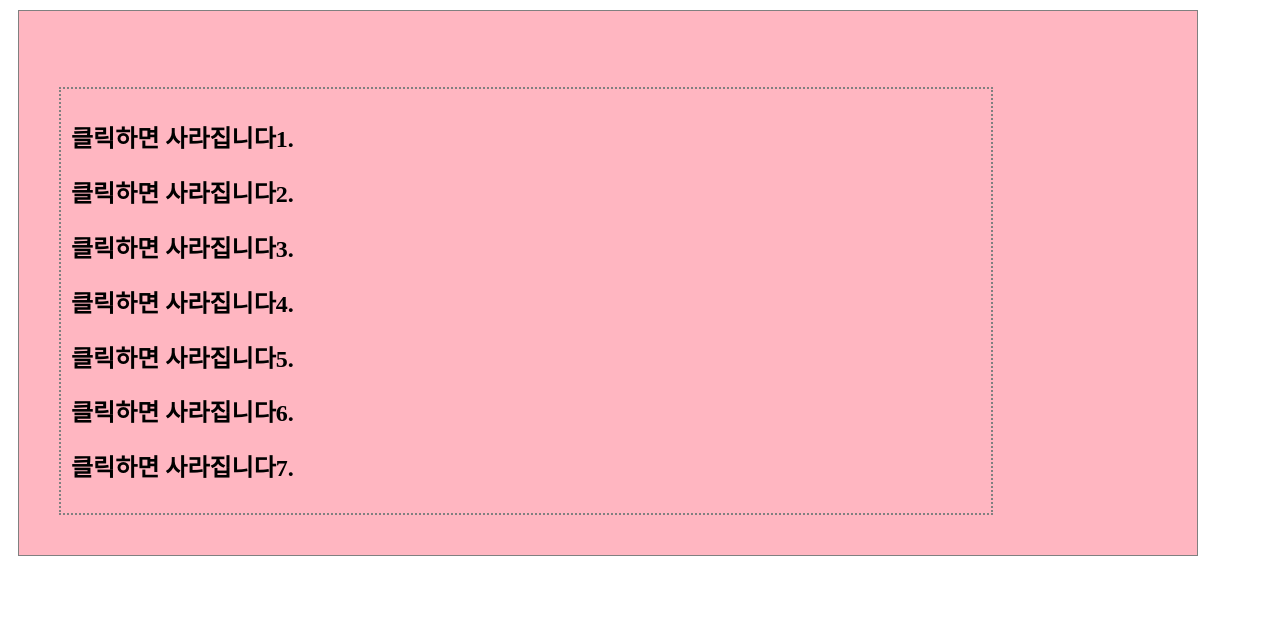
Repository: jeje0130/html
Page: jqpro/WebContent/0122/클릭하이드.html
These files come from the project's save history. The page is drawn as it stood at one moment and after the next save; the edit follows.
The browser window is 1280 px wide. The pictures show the whole page.

Above is the page before, as saved 2021-01-22 00:34:43.

### jqpro/WebContent/0122/클릭하이드.html
<!DOCTYPE html>
<html>
<head>
<meta charset="UTF-8">
<title>Insert title here</title>
<link rel = "stylesheet" href = "../css/public.css">
<script src="../js/jquery-3.5.1.min.js"></script>
<script>
	//준비되면
	$(document).ready(function () {

		//버튼 클릭하면
		$('h2').on('click', function() {
			$(this).css('display', 'none');
		})
	})

</script>
<style>
</style>
</head>
<body>

<div class="box">

 <br><br>

<div id="result1">
	<h2>클릭하면 사라집니다1.</h2>
	<h2>클릭하면 사라집니다2.</h2>
	<h2>클릭하면 사라집니다3.</h2>
	<h2>클릭하면 사라집니다4.</h2>
	<h2>클릭하면 사라집니다5.</h2>
	<h2>클릭하면 사라집니다6.</h2>
	<h2>클릭하면 사라집니다7.</h2>


</div>
</div>
</body>
</html>

### jqpro/WebContent/css/public.css
@charset "utf-8";

pre {
	background-color : #FFE3EE;
	font-size : 1.2em;
	white-space: pre-wrap; /* 우측 여백 고정, 넘치는 글자 줄바꿈 */

	/*
	pre : 공백은 그대로, 줄바꿈 X
	pre-wrap : 공백은 그대로, 줄바꿈 O
	pre-line : 공백을 여러개줘도 하나만 표시, 줄바꿈 O
	nowrap : 공백을 여러개줘도 하나만 표시, 줄바꿈 X
	 */
}

div.box{
	width : 90%;
	height: auto;
	margin: 10px;
	padding: 20px;
	border: 1px solid gray;
	background: #FFB6C1;
}

.box input[type = button]{
	width: auto;
	height: 30px;
	background: #008080;
	color : white;
	padding: 5px 10px;
	border-radius : 10px;
	font-size: 1.1em;
}

.box div{
	width : 80%;
	height: auto;
	padding: 10px;
	border: 2px dotted gray;
	margin: 20px;
}

Loaded but not shown: jqpro/WebContent/js/jquery-3.5.1.min.js (library)

After the next save:
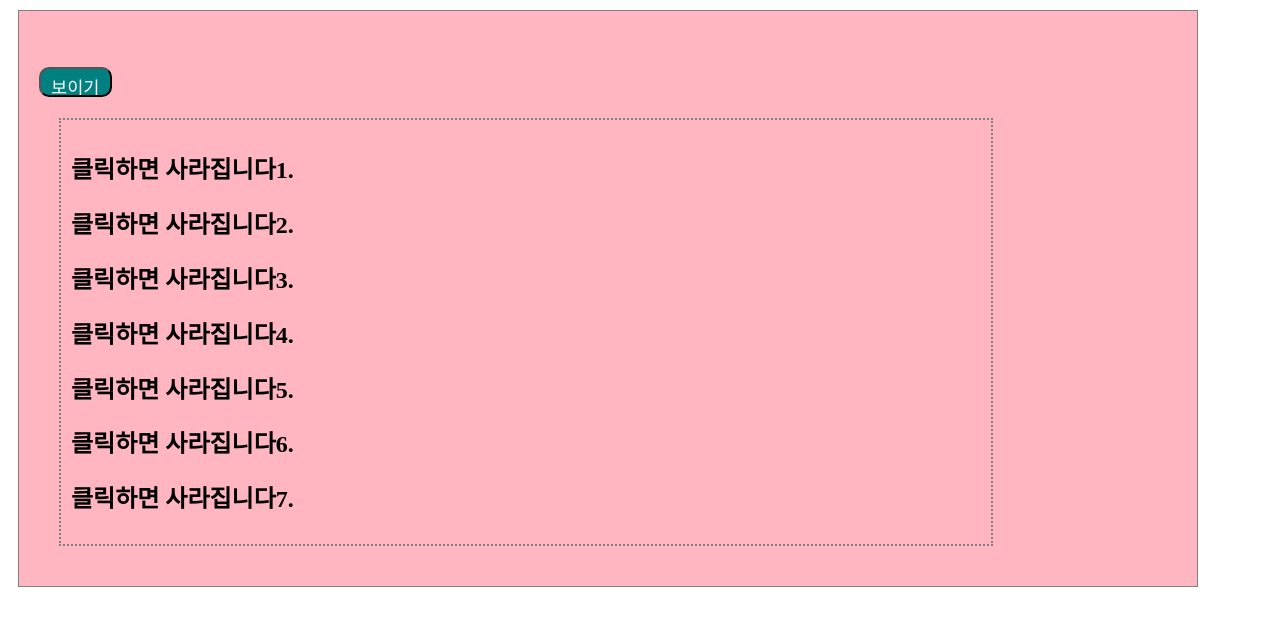
Saved 89 s later.
--- a/jqpro/WebContent/0122/클릭하이드.html
+++ b/jqpro/WebContent/0122/클릭하이드.html
@@ -24,6 +24,7 @@
 <div class="box">
 
  <br><br>
+ <input type="button" value="보이기">
 
 <div id="result1">
 	<h2>클릭하면 사라집니다1.</h2>

After the save that followed:
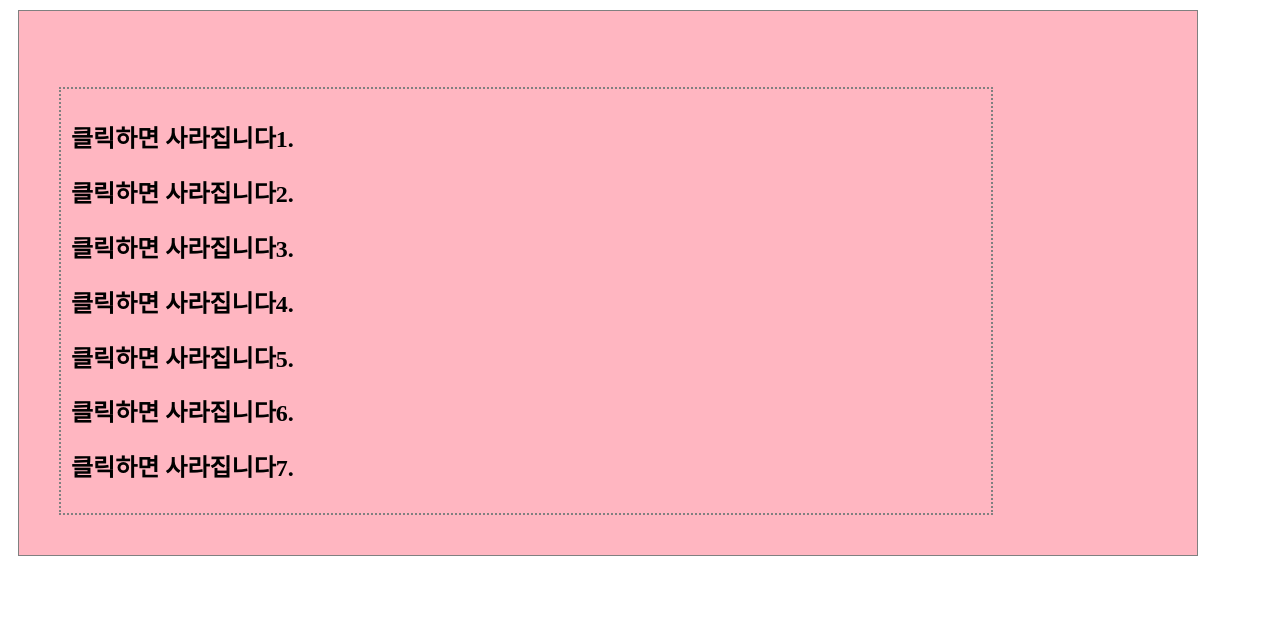
Saved 2 min 18 s later.
--- a/jqpro/WebContent/0122/클릭하이드.html
+++ b/jqpro/WebContent/0122/클릭하이드.html
@@ -16,7 +16,13 @@
 	})
 
 </script>
+
 <style>
+
+input[type=button]{
+	display: none;
+}
+
 </style>
 </head>
 <body>
